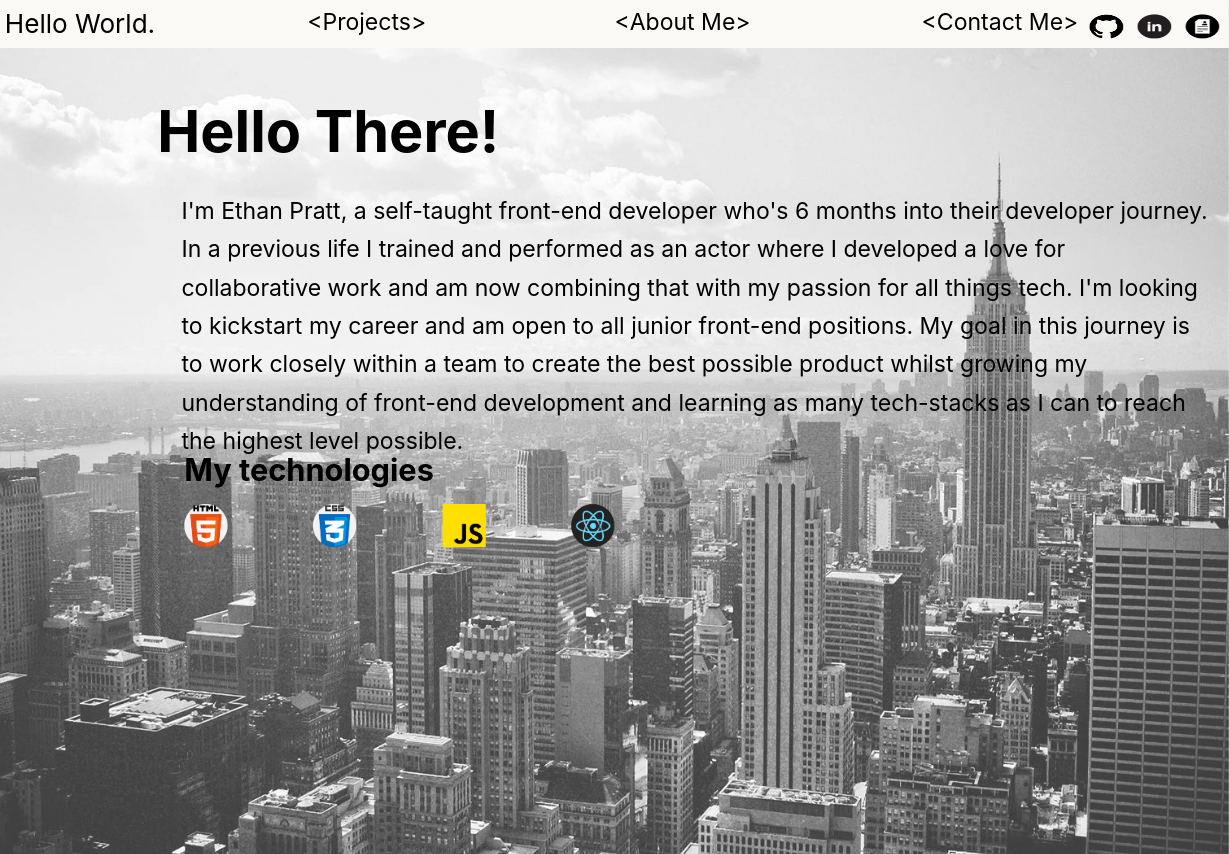
Repository: ghend99/website_ethan_pratt
Page: /about
These files come from the project's save history. The page is drawn as it stood at one moment and after the next save; the edit follows.
The browser window is 1280 px wide. The pictures show the whole page, at 96% of full size.
The project was rebuilt for these pictures with package versions that can differ from the ones it lists, and the page was loaded fresh each time. Also part of the build but not shown: src/pages/home.js, src/pages/project.js, src/css/contact.css, src/pages/contact.js.

Above is the page before, as saved 2023-05-25 16:37:18.

### public/index.html
<!DOCTYPE html>
<html lang="en">
  <head>
    <meta charset="utf-8" />
    <link rel="icon" href="%PUBLIC_URL%/favicon.ico" />
    <meta name="viewport" content="width=device-width, initial-scale=1" />
    <meta name="theme-color" content="#000000" />
    <meta
      name="description"
      content="Web site created using create-react-app"
    />
    <link rel="apple-touch-icon" href="%PUBLIC_URL%/logo192.png" />
    <!--
      manifest.json provides metadata used when your web app is installed on a
      user's mobile device or desktop. See https://developers.google.com/web/fundamentals/web-app-manifest/
    -->
    <link rel="manifest" href="%PUBLIC_URL%/manifest.json" />
    <!--
      Notice the use of %PUBLIC_URL% in the tags above.
      It will be replaced with the URL of the `public` folder during the build.
      Only files inside the `public` folder can be referenced from the HTML.

      Unlike "/favicon.ico" or "favicon.ico", "%PUBLIC_URL%/favicon.ico" will
      work correctly both with client-side routing and a non-root public URL.
      Learn how to configure a non-root public URL by running `npm run build`.
    -->
    <title>Ethan Pratt | Junior Front-End Developer</title>
  </head>
  <body>
    <noscript>You need to enable JavaScript to run this app.</noscript>
    <div id="root"></div>
    <!--
      This HTML file is a template.
      If you open it directly in the browser, you will see an empty page.

      You can add webfonts, meta tags, or analytics to this file.
      The build step will place the bundled scripts into the <body> tag.

      To begin the development, run `npm start` or `yarn start`.
      To create a production bundle, use `npm run build` or `yarn build`.
    -->
  </body>
</html>

### src/App.js
import { BrowserRouter as Router, Routes, Route } from "react-router-dom";
import { Home } from "./pages/home";
import { About } from "./pages/about.js";
import { Project } from "./pages/project.js";
import { Contact } from "./pages/contact.js";

function App() {
  return (
    <div className="App">
      <Router>
        <Routes>
          <Route path="/" element={<Home />} />
          <Route path="/projects" element={<Project />} />
          <Route path="/about" element={<About />} />
          <Route path="/contact" element={<Contact />} />
        </Routes>
      </Router>
    </div>
  );
}

export default App;

### src/pages/about.js
import "../css/about.css";
import { Header } from "../components/header.js";
import html from "../images/html.png";
import css from "../images/css.png";
import javascript from "../images/javascript.png";
import react from "../images/react.png";

export const About = () => {
  return (
    <div className="bg">
      <Header />
      <div className="about-container">
        {/* Infomration Container */}
        <div className="info-container">
          <section className="about">
            <h1 className="about-header">Hello There!</h1>
            <p className="about-paragraph">
              I'm Ethan Pratt, a self-taught front-end developer who's 6 months
              into their developer journey. In a previous life I trained and
              performed as an actor where I developed a love for collaborative
              work and am now combining that with my passion for all things
              tech. I'm looking to kickstart my career and am open to all junior
              front-end positions. My goal in this journey is to work closely
              within a team to create the best possible product whilst growing
              my understanding of front-end development and learning as many
              tech-stacks as I can to reach the highest level possible.
            </p>
          </section>
        </div>

        {/* Technology Container */}
        <div id="technology-container">
          <h2 className="technology-header">My technologies</h2>
          <img
            className="stack-html"
            id="stack-icon"
            src={html}
            alt="html logo"
          />
          <img className="stack-css" id="stack-icon" src={css} alt="css-logo" />
          <img
            className="stack-javascript"
            id="stack-icon"
            src={javascript}
            alt="javascript-logo"
          />
          <img
            className="stack-react"
            id="stack-icon"
            src={react}
            alt="react-logo"
          />
        </div>
      </div>
    </div>
  );
};

### src/components/header.js
import React, { useState } from "react";
import { Link } from "react-router-dom";
import "../css/header.css";
import github from "../images/github.png";
import linkedin from "../images/linkedin.png";
import resume from "../images/resume.png";
import menu from "../images/menu.png";

export const Header = () => {
  return (
    <div className="header-container">
      <div>
        <Link className="header-title" to="/">
          Hello World.
        </Link>
      </div>
      <div>
        <Link id="header-nav" className="header-projects" to="/projects">
          &lt;Projects&gt;
        </Link>
      </div>
      <div>
        <Link id="header-nav" className="header-about" to="/about">
          &lt;About Me&gt;
        </Link>
      </div>
      <div>
        <Link id="header-nav" className="header-contact" to="/contact">
          &lt;Contact Me&gt;
        </Link>
      </div>

      <a href="https://github.com/ghend99" target={"_blank"}>
        <img id="header-socials" className="header-github" src={github} />
      </a>
      <a href="https://www.linkedin.com/in/ethanapratt/" target={"_blank"}>
        <img id="header-socials" className="header-linkedin" src={linkedin} />
      </a>
      <a
        href="https://acrobat.adobe.com/link/review?uri=urn:aaid:scds:US:d93e7d11-55fc-32a3-ba0c-10f2114d1d69"
        target={"_blank"}
      >
        <img id="header-socials" className="header-resume" src={resume} />
      </a>

      <div className="header-socials-list">
        <a href="https://github.com/ghend99" target={"_blank"}>
          <p className="header-socials-text">Github</p>
        </a>
        <a href="https://www.linkedin.com/in/ethanapratt/" target={"_blank"}>
          <p className="header-socials-text">LinkedIn</p>
        </a>
        <a
          href="https://acrobat.adobe.com/link/review?uri=urn:aaid:scds:US:d93e7d11-55fc-32a3-ba0c-10f2114d1d69"
          target={"_blank"}
        >
          <p className="header-socials-text">Resume</p>
        </a>
      </div>
    </div>
  );
};

### src/css/home.css
@import url("https://fonts.googleapis.com/css2?family=Bitter&display=swap");

#center-container {
  position: relative;
  max-width: 25%;
  min-width: 500px;
  height: 20%;
  border-bottom: solid;
  /* background-color: aqua; */
  margin-left: auto;
  margin-right: auto;
  top: 10%;
  text-align: center;
  padding: 70px 0;
}

.home-name {
  top: 0;
  font-size: 50px;
  font-weight: bold;
}

.home-job-title {
  font-size: 32px;
  font-family: "Bitter";
}

.home-resume,
.home-github,
.home-linkedin {
  position: absolute;
  bottom: -50px;
  text-decoration: none;
  color: black;
  font-size: 20px;
  font-weight: bold;
  height: 50px;
  padding-bottom: 10px;
}

.home-resume:hover,
.home-github:hover,
.home-linkedin:hover {
  border-bottom: solid;
}

.home-github {
  left: 0;
}

.home-linkedin {
  left: 45%;
}

.home-resume {
  right: 0;
}

@media screen and (min-width: 0) and (max-width: 708px) {
  #center-container {
    min-width: 300px;
  }

  .home-linkedin {
    left: 110px;
  }
}

@media screen and (min-width: 0) and (max-width: 322px) {
  #center-container {
    min-width: 300px;
  }
}

### src/css/about.css
.about-container {
  position: relative;
  display: grid;
  grid-template-columns: 1fr;
  grid-template-rows: 1fr 1fr;
  max-width: 100%;
  min-width: 300px;
  max-height: 100%;
  min-height: 550px;
  /* background-color: lightyellow; */
}

.info-container {
  position: relative;
  max-width: 100%;
  min-width: fit-content;
  max-height: 100%;
  min-height: 420px;
  top: 50px;
  margin-right: 20px;
  /* background-color: lightgreen; */
}

.about-header {
  position: absolute;
  /* display: inline-block; */
  left: 13%;
  margin: 0;
  font-size: 60px;
}

.about-paragraph {
  position: absolute;
  top: 100px;
  left: 15%;
  max-width: 100%;
  min-width: 500px;
  margin: 0;
  font-size: 24px;
  line-height: 40px;
}

#technology-container {
  position: relative;
  /* top: 30px; */
  max-width: 70%;
  min-width: 40%;
  max-height: 100%;
  min-height: 150px;
  left: 15%;
  margin: 0;
  /* background-color: lightblue; */
}

.technology-header {
  position: absolute;
  margin: 0;
  font-size: clamp(2rem, 1vw, 4rem);
}

#stack-icon {
  position: absolute;
  top: 55px;
  width: 5%;
}

.stack-html {
  left: 0;
}

.stack-css {
  left: 15%;
}

.stack-javascript {
  left: 30%;
}

.stack-react {
  left: 45%;
}

/* @media screen and (min-width: 0) and (max-width: 1740px) {
  #technology-container {
    top: 20px;
  }
}

@media screen and (min-width: 0) and (max-width: 1730px) {
  #technology-container {
    top: 50px;
  }
}

@media screen and (min-width: 0) and (max-width: 1570px) {
  #technology-container {
    top: 80px;
  }
}

@media screen and (min-width: 0) and (max-width: 1370px) {
  #technology-container {
    top: 120px;
  }
} */
/* @media screen and (min-width: 0) and (max-width: 1230px) {
  #technology-container {
    top: 180px;
  }
} */

/* @media screen and (min-width: 0) and (max-width: 1150px) {
  #technology-container {
    top: 220px;
  }
} */

/* @media screen and (min-width: 0) and (max-width: 1050px) {
  #technology-container {
    top: 260px;
  }
} */

@media screen and (min-width: 0) and (max-width: 708px) {
  .about-header {
    position: absolute;
    font-size: 24px;
    top: 20px;
    left: 30px;
  }

  .about-paragraph {
    font-size: 14px;
    line-height: 25px;
    left: 30px;
    min-width: 100px;
    top: 60px;
  }

  #technology-container {
    /* top: 30px; */
    left: 30px;
  }

  .technology-header {
    font-size: 24px;
  }

  #stack-icon {
    width: 10%;
  }
}

@media screen and (min-width: 0) and (max-width: 320px) {
  .about-header {
    left: 10px;
  }

  .about-paragraph {
    left: 10px;
  }
}

### src/css/header.css
@import url("https://fonts.googleapis.com/css2?family=Bitter&display=swap");

.header-socials-text {
  color: black;
  text-decoration: none;
  border-bottom: none;
}

.header-container {
  position: relative;
  display: grid;
  grid-template-columns: 1fr 1fr 1fr 1fr;
  grid-template-rows: 1fr;
  flex-direction: row;
  max-width: 100%;
  min-width: 390px;
  max-height: 200px;
  min-height: 50px;
  background-color: #faf9f6;
  /* padding-top: 20px; */
}

.header-title {
  position: absolute;
  left: 5px;
  margin: 0;
  margin-right: clamp(20px, 50px, 30px);
  font-size: clamp(1rem, 4vw, 1.7rem);
  top: 8px;
  text-decoration: none;
  color: black;
}

#header-nav {
  position: absolute;
  display: flex;
  font-size: clamp(1rem, 4vw, 1.5rem);
  margin: 0;
  /* margin-right: clamp(20px, 50px, 30px); */
  top: 8px;
}

.header-projects {
  /* left: clamp(30%, 46.5%, 60%); */
  text-decoration: none;
  color: black;
}

.header-about {
  margin: 0;
  /* margin-left: 50px;
  margin-right: 100px;
  left: clamp(5px, 24%, 55%); */
  text-decoration: none;
  color: black;
}

.header-contact {
  /* left: clamp(20%, 65%, 70%); */
  text-decoration: none;
  color: black;
}

#header-socials {
  max-width: 11%;
  min-width: 35px;
  max-height: 50%;
  min-height: 10px;
  top: 15px;
  cursor: pointer;
}

#header-nav:hover {
  border-bottom: solid;
}

.header-github {
  position: absolute;
  right: clamp(10px, 12%, 110px);
}

.header-linkedin {
  position: absolute;
  right: clamp(5px, 10%, 60px);
}

.header-resume {
  position: absolute;
  right: clamp(10px, 10%, 10px);
}

.bg {
  position: relative;
  max-width: 100%;
  min-width: 350px;
  /* max-height: 700px; */
  min-height: 869px;
  background-size: cover;
  background-repeat: no-repeat;
  background-position: center center;
}

.bg::before {
  content: "";
  background-image: url(../images/background-image.jpg);
  background-size: cover;
  position: absolute;
  top: 0px;
  right: 0px;
  bottom: 0px;
  left: 0px;
  opacity: 0.75;
}

.header-socials-list {
  position: absolute;
  right: 10px;
  top: 50px;
  font-size: 12px;
  font-weight: bold;
  font-family: "Bitter";
  color: black;
  opacity: 0;
  transition: all 0.2s;
}

@media screen and (min-width: 0) and (max-width: 1028px) {
  #header-socials {
    display: none;
  }

  .header-socials-list {
    display: none;
  }
}

@media screen and (min-width: 0) and (max-width: 612px) {
  #header-nav {
    top: 13px;
    font-size: 22px;
  }

  .header-socials-menu {
    top: 15px;
    right: 10px;
    width: 20px;
    height: 20px;
  }
}

@media screen and (min-width: 0) and (max-width: 554px) {
  #header-nav {
    font-size: 20px;
  }

  .header-title {
    top: 15px;
    font-size: 16px;
  }
}

@media screen and (min-width: 0) and (max-width: 427px) {
  .header-container {
    min-width: 150px;
  }

  #header-nav {
    font-size: 16px;
    top: 16px;
  }

  .bg {
    min-width: 200px;
  }
}

@media screen and (min-width: 0) and (max-width: 380px) {
  #header-nav {
    font-size: 14px;
    column-gap: 50px;
  }
}

@media screen and (min-width: 0) and (max-width: 322px) {
  .header-title {
    font-size: 14px;
    margin-right: 60px;
  }

  #header-nav {
    min-width: 100px;
    font-size: 12px;
  }

  .header-about {
    left: 85px;
  }

  .header-projects {
    left: 160px;
  }

  .header-contact {
    position: absolute;
    left: 220px;
  }

  .bg {
    min-height: 709px;
  }
}

### src/css/project.css
@import url("https://fonts.googleapis.com/css2?family=Bitter&display=swap");

#projects-container {
  position: absolute;
  display: grid;
  grid-template-columns: 1fr 1fr 1fr 1fr;
  grid-template-rows: 3fr;
  max-width: 80%;
  min-width: 70%;
  max-height: 400vh;
  min-height: 150px;
  /* background-color: blue; */
  /* opacity: 0.7; */
  left: 10%;
  top: 10%;
}

#single-project {
  position: relative;
  max-width: 100%;
  max-height: 600px;
  min-height: 100%;
  border: solid;
  text-align: center;
  background-color: #faf9f6;
}

.project-name {
  font-family: "Bitter";
  font-size: clamp(18px, 24px, 30px);
}

#project-image {
  position: relative;
  max-width: 80%;
  max-height: 75%;
  min-height: 20%;
  top: -10px;
  margin-left: auto;
  margin-right: auto;
}

.image {
  width: 70%;
}

#project-stacks-used {
  margin: 0;
  top: 300px;
}

.project-footer {
  position: absolute;
  display: grid;
  grid-template-columns: 1fr 1fr 1fr;
  text-align: center;
  width: 100%;
  height: 6%;
  bottom: 10px;
}

.source-link,
.source-demo,
.project-info {
  position: absolute;
  text-decoration: none;
  color: black;
  font-size: clamp(0.8rem, 0.5vw, 0.8rem);
  font-weight: bold;
  height: 20px;
  cursor: pointer;
}

.source-link {
  left: 5px;
}

.source-demo {
  right: 5px;
}

#project-information {
  font-size: 14px;
}

.source-link:hover,
.source-demo:hover,
.project-info:hover {
  border-bottom: solid;
}

@media screen and (min-width: 0) and (max-width: 1028px) {
  /* #project-container {
    grid-template-columns: 1fr 1fr 1fr;
  } */

  /* #single-project {
    height: 50%;
  } */

  .project-footer {
    grid-template-rows: 0.5fr;
    bottom: 0;
  }

  .source-link,
  .source-demo,
  .project-info {
    font-size: 10px;
    font-weight: bold;
  }

  .source-link {
    margin: 0;
  }

  .source-demo {
    margin: 0;
    right: 7px;
  }

  .project-info {
    margin: 0;
    top: -4px;
  }
}

@media screen and (min-width: 0) and (max-width: 708px) {
  #projects-container {
    grid-template-columns: 1fr 1fr;
    grid-template-rows: 1fr 1fr;
  }

  .project-footer {
    bottom: 0;
  }

  .source-link,
  .source-demo,
  .project-info {
    font-size: 8px;
  }

  #single-project {
    min-height: 410px;
  }

  #project-information {
    font-size: 12px;
  }
}

Loaded but not shown: src/index.js (common file); src/index.css (common file)

After the next save:
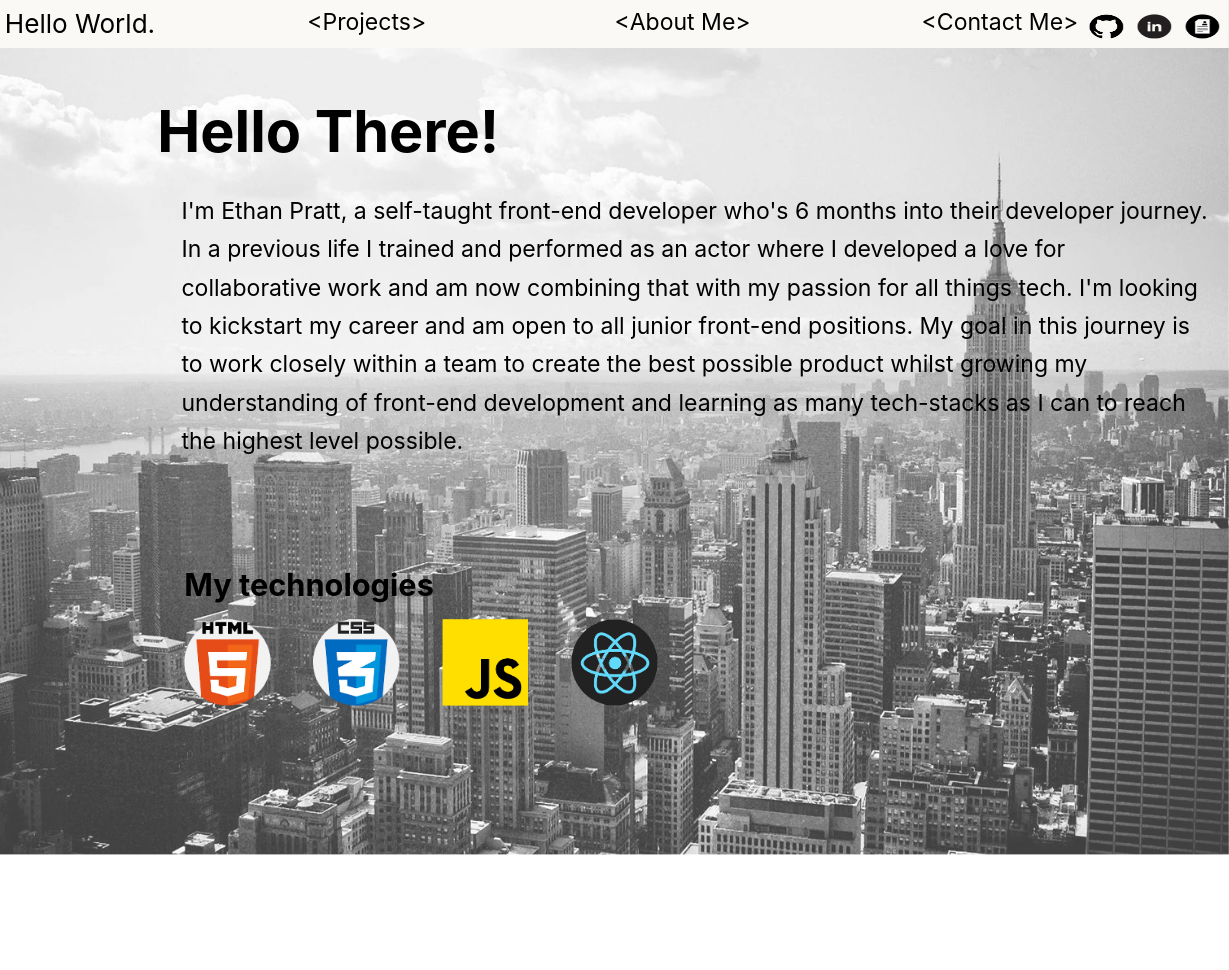
Saved 22 min 20 s later.
--- a/src/css/about.css
+++ b/src/css/about.css
@@ -80,7 +80,7 @@
   left: 45%;
 }
 
-/* @media screen and (min-width: 0) and (max-width: 1740px) {
+@media screen and (min-width: 0) and (max-width: 1740px) {
   #technology-container {
     top: 20px;
   }
@@ -119,7 +119,7 @@
   #technology-container {
     top: 260px;
   }
-} */
+}
 
 @media screen and (min-width: 0) and (max-width: 708px) {
   .about-header {
